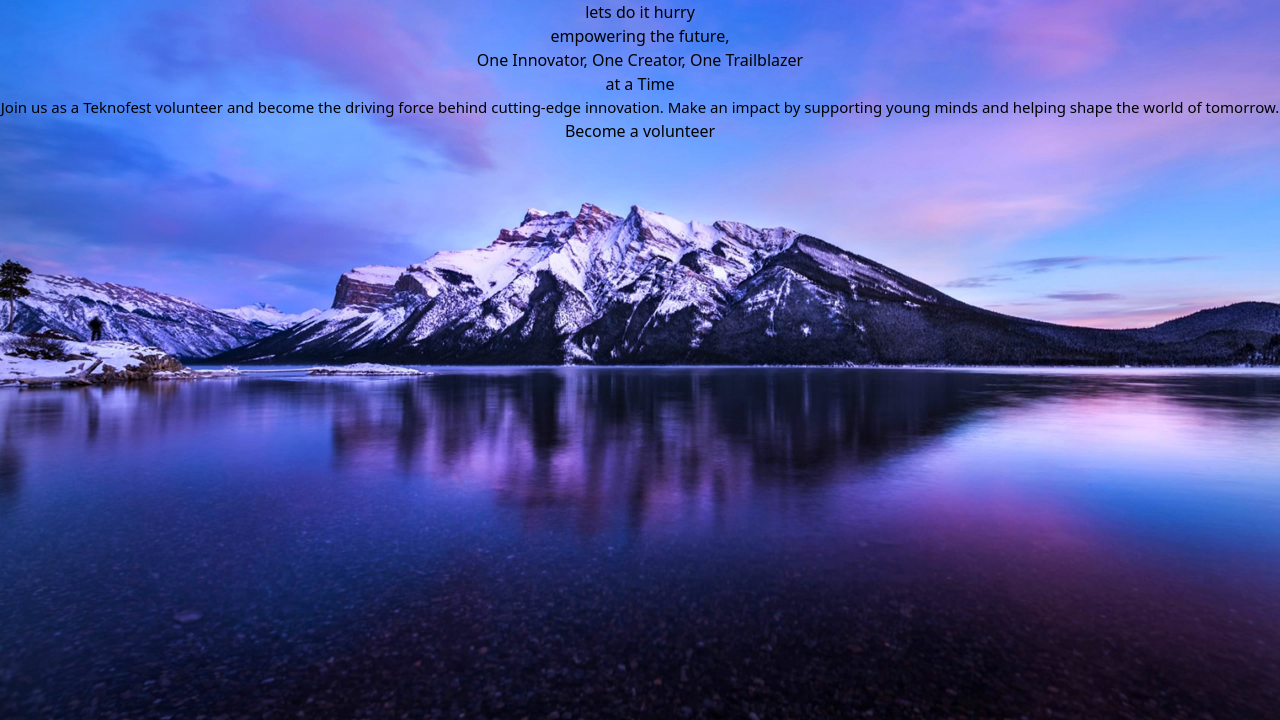
Repository: ManaheelJamil/TechnoFest-competetion
Page: /
An editor plug-in stored every save of this project. The page is shown before and after the next save, followed by the edit.
The browser window is 1280 px wide. The pictures show the whole page.
The project was rebuilt for these pictures with package versions that can differ from the ones it lists, and the page was loaded fresh each time. The framework's server and built-in components were replaced by stand-ins that run in the browser. Also part of the build but not shown: next.config.mjs.

Above is the page before, as saved 2024-10-13 13:15:47.

### app/layout.js
import localFont from "next/font/local";
import "./globals.css";
const geistSans = localFont({
  src: "./fonts/GeistVF.woff",
  variable: "--font-geist-sans",
  weight: "100 900",
});
const geistMono = localFont({
  src: "./fonts/GeistMonoVF.woff",
  variable: "--font-geist-mono",
  weight: "100 900",
});

export const metadata = {
  title: "Create Next App",
  description: "Generated by create next app",
};

export default function RootLayout({ children }) {
  return (
    <html lang="en">
      <body
        className={`${geistSans.variable} ${geistMono.variable} antialiased`}
      >

        {children}

      </body>
    </html>
  );
}

### app/page.js
import Irtizatask from "./compoenent/irtizatask";
export default function Home() {
  return (
    <div>
      <Irtizatask/>
    </div>
  );
}

### app/globals.css
@tailwind base;
@tailwind components;
@tailwind utilities;
.banner{
    background-image: url('/taskimage.jpg');
    background-position: center;
    background-size: cover;
    background-repeat: no-repeat;
    width: 100%;
    height: 100vh;
}

### app/compoenent/irtizatask.js
import React from 'react'

const Irtizatask = () => {
  return (
    <div className='flex justify-center  w-full h-100vh banner' >

        <div className='flex flex-col justify-items-center text-center items-center m-10%'  >
        <p className=''>
            lets do it hurry
        </p>
        <p>
            empowering the future,
            <p>
            One Innovator, One Creator, One Trailblazer
            </p>
            at a Time
        </p>

            <p className='text-[15px]'>
            Join us as a Teknofest volunteer and become the driving force behind cutting-edge innovation. Make an impact by supporting young minds and helping shape the world of tomorrow.
            </p>
            <button>
                Become a volunteer
            </button>
            </div>

    </div>
  )
}

export default Irtizatask

Loaded but not shown: tailwind.config.js (common file)

After the next save:
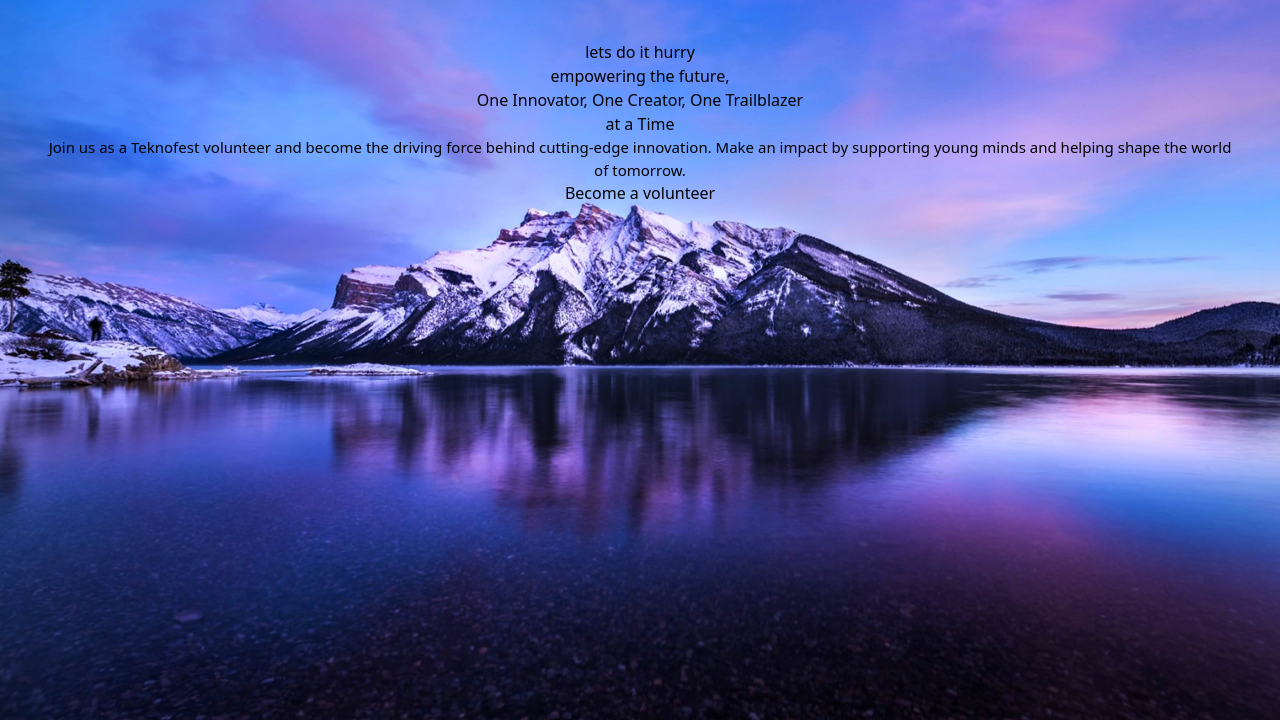
Saved 4 s later.
--- a/app/compoenent/irtizatask.js
+++ b/app/compoenent/irtizatask.js
@@ -4,7 +4,7 @@ const Irtizatask = () => {
   return (
     <div className='flex justify-center  w-full h-100vh banner' >
 
-        <div className='flex flex-col justify-items-center text-center items-center m-10%'  >
+        <div className='flex flex-col justify-items-center text-center items-center m-10'  >
         <p className=''>
             lets do it hurry
         </p>
